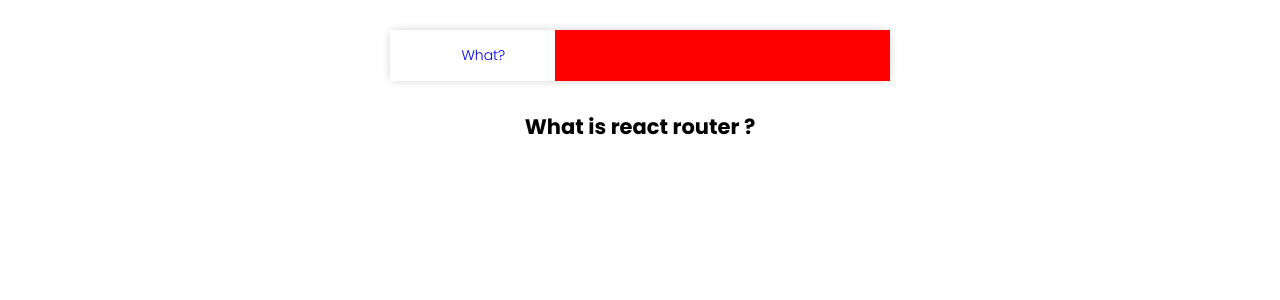
Repository: nguy3nds/2021-18-9-react
Page: /How
These files come from the project's save history. The page is drawn as it stood at one moment and after the next save; the edit follows.
The browser window is 1280 px wide. The pictures show the whole page.
The project was rebuilt for these pictures with package versions that can differ from the ones it lists, and the page was loaded fresh each time. Also part of the build but not shown: src/components/How.js, src/components/Why.js.

Above is the page before, as saved 2021-09-18 23:47:09.

### src/App.js
import React from "react";
import { BrowserRouter as Router, Switch, Route, Link } from "react-router-dom";
import "./App.css";
import What from "./components/What.js";
import How from "./components/How";
import Why from "./components/Why";

export default function App() {
  return (
    <Router>
      <div>
        <nav>
          <ul className="menu">
            <li class="menu-item has-child">
              <Link to="/">What?</Link>
            </li>
            <li className="menu-item has-child">
              <Link to="/about">Why?</Link>
            </li>
            <li className="menu-item has-child">
              <Link to="/users">How?</Link>
            </li>
          </ul>
        </nav>

        {/* A <Switch> looks through its children <Route>s and
            renders the first one that matches the current URL. */}
        <Switch>
          <Route path="/about">
            <How />
          </Route>
          <Route path="/users">
            <Why />
          </Route>
          <Route path="/">
            <What />
          </Route>
        </Switch>
      </div>
    </Router>
  );
}

### src/App.css
@import url("https://fonts.googleapis.com/css2?family=Poppins:wght@300;400;600;700&display=swap");
:root {
  --primary: #08aeea;
  --secondary: #13d2b8;
  --purple: #bd93f9;
  --pink: #ff6bcb;
  --blue: #8be9fd;
  --gray: #333;
  --font: "Poppins", sans-serif;
  --gradient: linear-gradient(40deg, #ff6ec4, #7873f5);
  --shadow: 0 0 15px 0 rgba(0, 0, 0, 0.05);
}
*,
*:before,
*:after {
  box-sizing: border-box;
}
html {
  font-size: 62.5%;
  text-align: center;
}

body {
  font-family: var(--font);
  font-size: 1.4rem;
  overflow-x: hidden;
  font-weight: 300;
}

img {
  display: block;
  max-width: 100%;
}

a {
  text-decoration: none;
}

input,
button,
textarea,
select {
  font-family: var(--font);
  font-size: 1.4rem;
  font-weight: 300;
  outline: none;
  border: 0;
  margin: 0;
  padding: 0;
  border-radius: 0;
  -webkit-appearance: none;
}

button {
  cursor: pointer;
}

.menu {
  position: relative;
  max-width: 500px;
  margin: 30px auto;
  display: grid;
  grid-template-columns: 1fr 1fr 1fr;
  justify-content: center;
  background-color: white;
  padding: 1.5rem;
  box-shadow: 0 0 10px -2px rgba(0, 0, 0, 0.25);
}
.menu:after {
  content: "";
  position: absolute;
  top: 0;
  right: 0;
  bottom: 0;
  left: 0;
  background-image: linear-gradient(
    to right,
    transparent 0%,
    transparent 33%,
    red calc(33%)
  );
}
.menu-link {
  font-size: 1.4rem;
  color: #918eae;
  display: block;
}
.menu-link:hover {
  color: #202842;
}
.menu-item {
  position: relative;
  margin: 0 5rem;
}

.menu-item::after {
  background-color: #333;
  height: 45px;
  width: 2px;
}

.menu-child-link {
  display: flex;
  align-items: center;
  justify-content: space-between;
  padding: 1.5rem;
  color: #918eae;
}
.menu-child-item {
  position: relative;
}
.menu-child-link:hover {
  color: #202842;
}

.menu-toggle {
  display: none;
}
.nav {
  position: relative;
}
.arrow-right {
  display: none;
}
@media screen and (min-width: 1024px) {
  .arrow-down {
    display: none;
  }
  .arrow-right {
    display: block;
  }
  .menu-item:not(:first-child) {
    margin-left: 2rem;
  }
  .menu-child {
    position: absolute;
    top: 100%;
    left: 0;
    margin-top: 1rem;
    min-width: 20rem;
    background-color: white;
    box-shadow: var(--shadow);
    display: none;
  }
  .menu-child:before {
    content: "";
    position: absolute;
    top: 0;
    left: 0;
    width: 100%;
    height: 1rem;
    background-color: transparent;
    transform: translateY(-100%);
  }
  .menu-child1 {
    top: 0;
    left: 100%;
    margin-top: 0;
  }
  .menu-item.has-child:hover > .menu-child {
    display: block;
  }
  .menu-child-item.has-child:hover > .menu-child {
    display: block;
  }
}

ul li {
  list-style: none;
}
@media screen and (max-width: 1023px) {
  .menu {
    position: absolute;
    right: 0;
    top: 100%;
    min-width: 20rem;
    background-color: white;
    box-shadow: var(--shadow);
    flex-direction: column;
    display: none;
    z-index: 100;
  }
  .menu.show,
  .menu-child.show {
    display: block;
  }
  .menu-item:not(:last-child) {
    border-bottom: 1px solid #eee;
  }
  .menu-link {
    padding: 1.5rem;
    display: flex;
    justify-content: space-between;
    align-items: center;
  }
  .menu-child {
    display: none;
    background-color: #f6f6f6;
  }
  .menu-child1 {
    background-color: #eee;
  }
  .menu-toggle {
    width: max-content;
    font-size: 2rem;
    display: block;
    margin-left: auto;
    cursor: pointer;
  }
}

### src/components/What.js
import React from "react";

export default function What() {
  return <h2>What is react router ?</h2>;
}

Loaded but not shown: public/index.html (common file); src/index.js (common file); src/index.css (common file); src/reportWebVitals.js (common file)

After the next save:
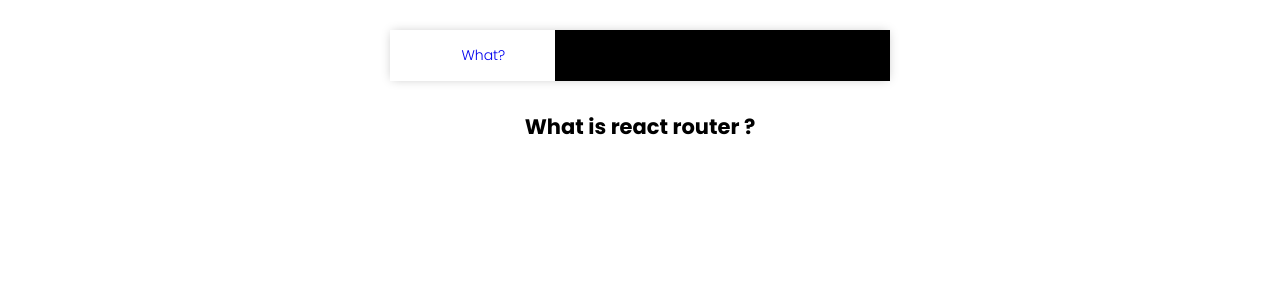
Saved 7 s later.
--- a/src/App.css
+++ b/src/App.css
@@ -77,7 +77,7 @@ button {
     to right,
     transparent 0%,
     transparent 33%,
-    red calc(33%)
+    black calc(33%)
   );
 }
 .menu-link {
